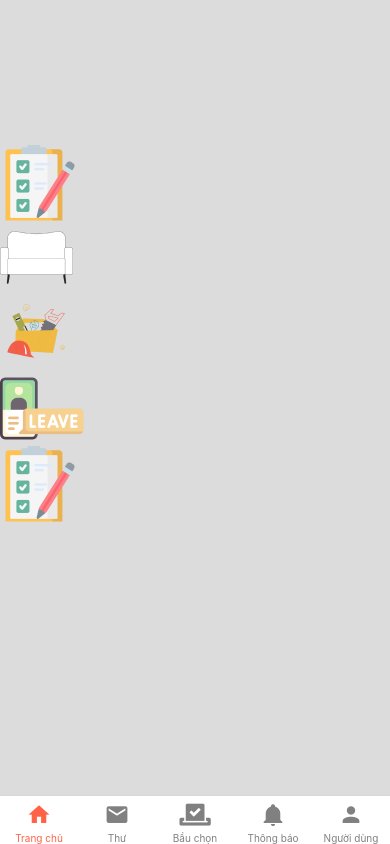
Repository: diepdung02/AppPTC
Page: /Home
These files come from the project's save history. The page is drawn as it stood at one moment and after a run of saves; the edit follows.
The browser window is 390 px wide. The pictures show the whole page.
The page's requests for data from a server got no answer. The app was drawn by React Native's web renderer in a window 390 px wide. The project was rebuilt for these pictures with package versions that can differ from the ones it lists, and the page was loaded fresh each time. No one was signed in, and anything a server would have sent is missing. Also part of the build but not shown: screen/home/MailScreen.tsx, screen/home/NotificationScreen.tsx, screen/home/UserScreen.tsx, screen/home/VoteScreen.tsx. Imported but missing from the stored project, and not drawn on this page: assets.

Above is the page before, as saved 2024-06-30 15:15:28.

### App.tsx
// App.tsx

import React from 'react';
import { NavigationContainer } from '@react-navigation/native';
import { createStackNavigator } from '@react-navigation/stack';
import { LoginScreen, HomeScreen, NotificationScreen, UserScreen, MailScreen, VoteScreen } from './screen/index';
import { createBottomTabNavigator } from '@react-navigation/bottom-tabs';
import { MaterialCommunityIcons, FontAwesome5 } from '@expo/vector-icons'; // Sử dụng MaterialCommunityIcons từ expo/vector-icons

const Stack = createStackNavigator();
const Tab = createBottomTabNavigator();

const HomeTabNavigator: React.FC = () => {
  return (
    <Tab.Navigator
      initialRouteName="HomeTab"
      screenOptions={{
        tabBarActiveTintColor: 'tomato',
        tabBarInactiveTintColor: 'gray',
        tabBarStyle: { display: 'flex' },
      }}
    >
      <Tab.Screen
        name="HomeTab"
        component={HomeScreen}
        options={{
          headerShown: false,
          tabBarLabel: 'Trang chủ',
          tabBarIcon: ({ color, size }) => (
            <MaterialCommunityIcons name="home" color={color} size={size} />
          ),
        }}
      />

      <Tab.Screen
        name="Mail"
        component={MailScreen}
        options={{
          headerShown: false,
          tabBarLabel: 'Thư',
          tabBarIcon: ({ color, size }) => (
            <MaterialCommunityIcons name="email" color={color} size={size} />
          ),
        }}
      />

      <Tab.Screen
        name="Vote"
        component={VoteScreen}
        options={{
          headerShown: false,
          tabBarLabel: 'Bầu chọn',
          tabBarIcon: ({ color, size }) => (
            <FontAwesome5 name="vote-yea" color={color} size={size} />
          ),
        }}
      />

      <Tab.Screen
        name="Notifications"
        component={NotificationScreen}
        options={{
          headerShown: false,
          tabBarLabel: 'Thông báo',
          tabBarIcon: ({ color, size }) => (
            <MaterialCommunityIcons name="bell" color={color} size={size} />
          ),
        }}
      />
      <Tab.Screen
        name="User"
        component={UserScreen}
        options={{
          headerShown: false,
          tabBarLabel: 'Người dùng',
          tabBarIcon: ({ color, size }) => (
            <MaterialCommunityIcons name="account" color={color} size={size} />
          ),
        }}
      />
    </Tab.Navigator>
  );
}

const App: React.FC = () => {
  return (
    <NavigationContainer>
      <Stack.Navigator initialRouteName="Login">
        <Stack.Screen name="Login" component={LoginScreen} options={{ headerShown: false }} />
        <Stack.Screen name="Home" component={HomeTabNavigator} options={{ headerShown: false }} />
      </Stack.Navigator>
    </NavigationContainer>
  );
};

export default App;

### screen/index.tsx
import LoginScreen from './auth/LoginScreen';
import HomeScreen from './home/HomeScreen';
// screen/index.tsx

export { default as MailScreen } from './home/MailScreen';
export { default as NotificationScreen } from './home/NotificationScreen';
export { default as UserScreen } from './home/UserScreen';
export { default as VoteScreen } from './home/VoteScreen';


export{
    LoginScreen,
    HomeScreen,

}

### screen/auth/LoginScreen.tsx
// LoginScreen.tsx
import React, { useState, useEffect } from 'react';
import { View, TextInput, StyleSheet, TouchableOpacity, Text, Image } from 'react-native';
import { FontAwesome, MaterialIcons } from '@expo/vector-icons';
import { Formik } from 'formik';
import * as Yup from 'yup';
import AsyncStorage from '@react-native-async-storage/async-storage';
import COLORS from '../../constants/Color';
import { login, ApiResponse } from '../../API'; // Import API functions

type LoginProps = {
  navigation: any;
};

type FormValues = {
  username: string;
  password: string;
};

const LoginScreen: React.FC<LoginProps> = ({ navigation }) => {
  const [hidePassword, setHidePassword] = useState<boolean>(true);
  const [rememberPassword, setRememberPassword] = useState<boolean>(false);

  useEffect(() => {
    const checkRememberPassword = async () => {
      try {
        const savedPassword = await AsyncStorage.getItem('password');
        if (savedPassword) {
          setRememberPassword(true);
        }
      } catch (error) {
        console.error('Error reading password from AsyncStorage:', error);
      }
    };
    checkRememberPassword();
  }, []);

  const togglePasswordVisibility = () => {
    setHidePassword(!hidePassword);
  };

  const handleLogin = async (values: FormValues) => {
    try {
      const { username, password } = values;
      const response: ApiResponse<any> = await login({ username, password });
      if (response.success) {
        // Xử lý khi đăng nhập thành công
        alert('Đăng nhập thành công!');
        navigation.navigate('Home');
      } else {
        // Xử lý khi đăng nhập thất bại
        alert('Đăng nhập thất bại! ' + response.error);
      }
    } catch (error) {
      console.error('Error logging in:', error);
      alert('Đăng nhập thất bại! Vui lòng thử lại.');
    }
  };

  const validationSchema = Yup.object({
    username: Yup.string().required('Chưa nhập tên đăng nhập'),
    password: Yup.string().required('Chưa nhập mật khẩu'),
  });

  return (
    <Formik
      initialValues={{
        username: '',
        password: '',
      }}
      validationSchema={validationSchema}
      onSubmit={(values) => handleLogin(values)}
    >
      {({ values, touched, errors, handleChange, handleSubmit, handleBlur }) => (
        <View style={styles.container}>
          <Image source={require('../../assets/logo.png')} style={styles.logo} />
          <View style={styles.inputContainer}>
            <FontAwesome name="user" size={20} color="black" />
            <TextInput
              style={styles.textInput}
              placeholder="Username"
              value={values.username}
              onChangeText={handleChange('username')}
              onBlur={handleBlur('username')}
            />
          </View>
          {touched.username && errors.username && (
            <Text style={styles.errorText}>{errors.username}</Text>
          )}

          <View style={styles.inputContainer}>
            <FontAwesome name="lock" size={20} color="black" />
            <TextInput
              style={styles.textInput}
              placeholder="Password"
              secureTextEntry={hidePassword}
              value={values.password}
              onChangeText={handleChange('password')}
              onBlur={handleBlur('password')}
            />
            <TouchableOpacity onPress={togglePasswordVisibility}>
              <MaterialIcons
                name={hidePassword ? 'visibility-off' : 'visibility'}
                size={20}
                color="black"
              />
            </TouchableOpacity>
          </View>
          {touched.password && errors.password && (
            <Text style={styles.errorText}>{errors.password}</Text>
          )}

          <TouchableOpacity style={styles.loginButton} onPress={handleSubmit as any}>
            <Text style={styles.buttonText}>Login</Text>
          </TouchableOpacity>
          <TouchableOpacity onPress={() => navigation.navigate('ForgotPassword')}>
            <Text style={styles.forgotPasswordText}>Forgot Password?</Text>
          </TouchableOpacity>
        </View>
      )}
    </Formik>
  );
};

const styles = StyleSheet.create({
  container: {
    flex: 1,
    backgroundColor: COLORS.colorMain,
    alignItems: 'center',
    justifyContent: 'center',
  },
  logo: {
    width: 150,
    height: 150,
    marginBottom: 50,
  },
  inputContainer: {
    flexDirection: 'row',
    alignItems: 'center',
    backgroundColor: '#FFFFFF',
    borderRadius: 5,
    width: '80%',
    marginBottom: 20,
    padding: 10,
  },
  textInput: {
    flex: 1,
    marginLeft: 10,
  },
  loginButton: {
    backgroundColor: COLORS.blue,
    width: '80%',
    padding: 15,
    borderRadius: 5,
    alignItems: 'center',
  },
  buttonText: {
    color: 'white',
    fontSize: 16,
  },
  forgotPasswordText: {
    color: '#005A8C',
    marginTop: 20,
  },
  errorText: {
    color: 'red',
    fontSize: 12,
    marginBottom: 20,
  },
});

export default LoginScreen;

### screen/home/HomeScreen.tsx
import React, { useEffect, useState } from 'react';
import { View, Text, Image, StyleSheet, SafeAreaView,FlatList } from 'react-native';
import COLORS from '../../constants/Color';
import { ApiResponse, fetchUser } from '../../API'; // Điều chỉnh đường dẫn để phù hợp với cấu trúc tệp của bạn

const HomeScreen: React.FC = () => {
  const [userData, setUserData] = useState<any>({});

  useEffect(() => {
    const fetchUserData = async () => {
      const userId = '1'; // Thay thế với userId thực tế hoặc lấy động
      const response: ApiResponse<any> = await fetchUser(userId);
      if (response.success) {
        setUserData(response.data); // Giả định API trả về một đối tượng có các thuộc tính 'name' và 'dept'
      } else {
        console.error('Lỗi khi lấy dữ liệu người dùng:', response.error);
      }
    };

    fetchUserData();
  }, []);

  return (
    <SafeAreaView style={styles.container}>
      <View style={styles.inforContainer}>
        <Image source={{ uri: userData.avatar }} style={styles.avatar} />
        <View style={styles.txtInfor}>
          <Text style={styles.txtName}>{userData.name}</Text>
          <Text style={styles.txtDept}>{userData.dept}</Text>
        </View>
      </View>
      <View>
        <Image source={require('../../assets/check .png')}/>
        <Image source={require('../../assets/Product.png')}/>
        <Image source={require('../../assets/Output.png')}/>
        <Image source={require('../../assets/leave 1.png')}/>
        <Image source={require('../../assets/')}/>
        <Image source={require('../../assets/check .png')}/>
      </View>
    </SafeAreaView>
  );
};

const styles = StyleSheet.create({
  container:{
    flex:1,
    backgroundColor:COLORS.colorMain,
  },
  avatar:{
    width:75,
    height:75,
    marginTop:70,
    marginLeft:20,
  },
  inforContainer:{
    flexDirection:"row",
    alignItems:"center"
  },
  txtInfor:{
    marginTop:70,
    paddingLeft:10,
  },
  txtName:{
    fontSize:20
  },
  txtDept:{
    fontSize:18
  }
});

export default HomeScreen;

### constants/Color.tsx
const COLORS = {
    colorMain:"#DCDCDC",
    blue: "#09648C"

  };
  export default COLORS;

### API.ts
// api.ts
export interface ApiResponse<T> {
  success: boolean;
  data?: T;
  error?: string;
}

export const fetchData = async (): Promise<ApiResponse<any>> => {
  try {
    const response = await fetch('https://668100b656c2c76b495d38a8.mockapi.io/PTC');
    if (!response.ok) {
      throw new Error('Network response was not ok');
    }
    const data = await response.json();
    return { success: true, data };
  } catch (error) {
    console.error('Error fetching data:', error);
    return { success: false, error: 'Error fetching data' };
  }
};

export interface LoginRequest {
  username: string;
  password: string;
}

export const login = async ({ username, password }: LoginRequest): Promise<ApiResponse<any>> => {
  try {
    const response = await fetch('https://668100b656c2c76b495d38a8.mockapi.io/PTC', {
      method: 'POST',
      headers: {
        'Content-Type': 'application/json',
      },
      body: JSON.stringify({ username, password }),
    });
    if (!response.ok) {
      throw new Error('Network response was not ok');
    }
    const data = await response.json();
    return { success: true, data };
  } catch (error) {
    console.error('Error logging in:', error);
    return { success: false, error: 'Error logging in' };
  }
};

export interface User {
  id: string;
  name: string;
  avatar: string;
  dept: string;
}

export const fetchUser = async (userId: string): Promise<ApiResponse<User>> => {
  try {
    const response = await fetch(`https://668100b656c2c76b495d38a8.mockapi.io/PTC/${userId}`);
    if (!response.ok) {
      throw new Error('Network response was not ok');
    }
    const data = await response.json();
    return { success: true, data };
  } catch (error) {
    console.error('Error fetching user data:', error);
    return { success: false, error: 'Error fetching user data' };
  }
};

After the next 4 saves:
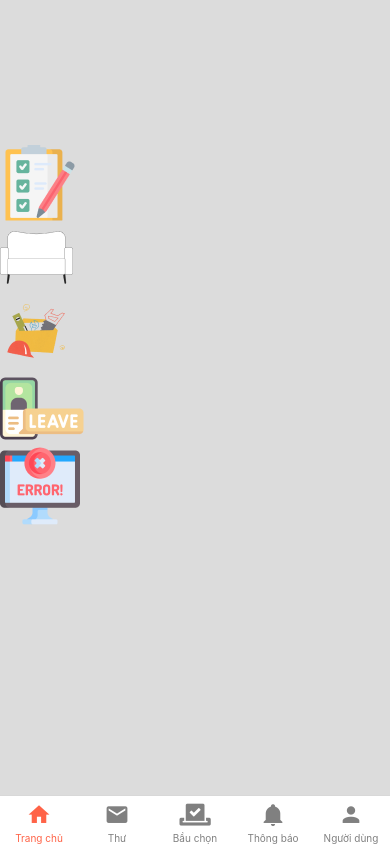
The 4 saves are shown as one change because they came seconds apart.
The last was saved 11 s later.
--- a/screen/home/HomeScreen.tsx
+++ b/screen/home/HomeScreen.tsx
@@ -34,8 +34,8 @@ const HomeScreen: React.FC = () => {
         <Image source={require('../../assets/Product.png')}/>
         <Image source={require('../../assets/Output.png')}/>
         <Image source={require('../../assets/leave 1.png')}/>
+        <Image source={require('../../assets/Error.png')}/>
         <Image source={require('../../assets/')}/>
-        <Image source={require('../../assets/check .png')}/>
       </View>
     </SafeAreaView>
   );
